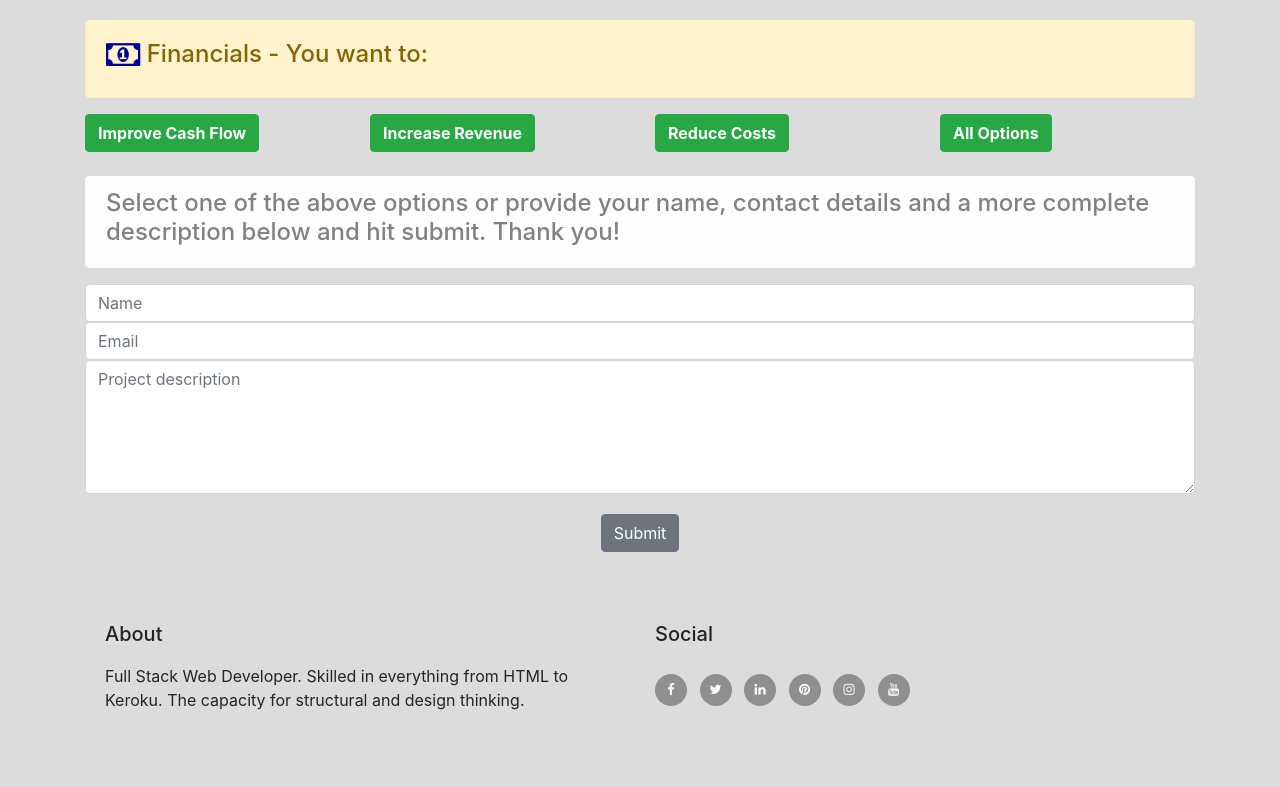
Repository: Code-Institute-Submissions/tenerim-milestone1
Page: Financials.html
The author's editor kept a record of every edit. The page is drawn from the files as they stood at one moment, then again after the next edit.
The browser window is 1280 px wide. The pictures show the whole page.

Above is the page before.

### Financials.html
<!DOCTYPE html>
<html lang="en">

<head>
    <meta charset="UTF-8">
    <meta name="viewport" content="width=device-width, initial-scale=1.0">
    <meta http-equiv="X-UA-Compatible" content="ie=edge">
    <link rel="stylesheet" href="https://stackpath.bootstrapcdn.com/bootstrap/4.3.1/css/bootstrap.min.css" type="text/css" />
    <link href="https://stackpath.bootstrapcdn.com/bootstrap/4.3.1/css/bootstrap.min.css" rel="stylesheet" integrity="sha384-ggOyR0iXCbMQv3Xipma34MD+dH/1fQ784/j6cY/iJTQUOhcWr7x9JvoRxT2MZw1T" crossorigin="anonymous">
    <link rel="stylesheet" href="https://stackpath.bootstrapcdn.com/font-awesome/4.7.0/css/font-awesome.min.css" type="text/css" />
    <link href="https://stackpath.bootstrapcdn.com/font-awesome/4.7.0/css/font-awesome.min.css" rel="stylesheet" integrity="sha384-wvfXpqpZZVQGK6TAh5PVlGOfQNHSoD2xbE+QkPxCAFlNEevoEH3Sl0sibVcOQVnN" crossorigin="anonymous">
    <link rel="stylesheet" href="assets/css/style.css" type="text/css" />
    <title>MT Milestone Project 1</title>

</head>

<!-------------------------------------------------------------Financials -->

<body>

    <section id="Financials" ;>

        <div class="container">

            <div class="row">
                <div class="col-sm-12">
                    <div class="alert alert-warning" role="alert">
                        <h4 class="alert-heading"><i class="fa fa-money fa-lg" aria-hidden="true"></i> Financials - You want to:</h4>
                    </div>
                </div>
            </div>

            <div class="row">

                <div class="col-sm-3">
                    <button type="button" class="btn btn-success"><a href="#" class="alert-link">Improve Cash Flow</a></button> <br />
                </div>
                <div class="col-sm-3">
                    <button type="button" class="btn btn-success"><a href="#" class="alert-link">Increase Revenue</a></button> <br />
                </div>
                <div class="col-sm-3">
                    <button type="button" class="btn btn-success"><a href="#" class="alert-link">Reduce Costs</a></button> <br />
                </div>
                <div class="col-sm-3">
                    <button type="button" class="btn btn-success"><a href="#" class="alert-link">All Options</a></button> <br /> <br />
                </div>
            </div>

            <div class="alert alert-light" role="alert">
                <h4 class="alert-heading">Select one of the above options or provide your name, contact details and a more complete description below and hit submit. Thank you!</h4>
            </div>

            <div class="center-form">
                <form>
                    <input type="text" name="name" id="fullname" class="form-control" placeholder="Name" required />
                    <input type="email" name="email" id="emailaddress" class="form-control" placeholder="Email" required />
                    <textarea rows="5" name="projectsummary" id="projectsummary" class="form-control" placeholder="Project description" required></textarea>
                    <div class="form-row text-center">
                        <div class="col">
                            <button type="submit" class="btn btn-secondary">Submit</button>
                        </div>
                    </div>
                </form>
            </div>

        </div>

    </section>


    <!-------------------------------------------------------------Footer -->

    <Section id="footer" ;>

        <footer class="container">
            <div id="footer-details" class="row">
                <div class="col-sm-6">
                    <h5 class="uppercase general-sub">About</h5>
                    <p class "inline-block">
                        Full Stack Web Developer. Skilled in everything from HTML to Keroku. The capacity for structural and design thinking.</p>
                </div>


                <div class="col-sm-6">
                    <h5 class="uppercase general-sub">Social</h5>
                    <ul class="list-inline social-links">
                        <li class="list-inline-item">
                            <a target="_blank" href="#">
                            <i class="fa fa-facebook" aria-hidden="true"></i>
                            <span class="sr-only">Facebook</span>
                        </a>
                        </li>
                        <li class="list-inline-item">
                            <a target="_blank" href="#">
                            <i class="fa fa-twitter" aria-hidden="true"></i>
                            <span class="sr-only">twitter</span>
                        </a>
                        </li>
                        <li class="list-inline-item">
                            <a target="_blank" href="#">
                            <i class="fa fa-linkedin" aria-hidden="true"></i>
                            <span class="sr-only">LinkedIn</span>
                        </a>
                        </li>
                        </li>
                        <li class="list-inline-item">
                            <a target="_blank" href="#">
                            <i class="fa fa-pinterest" aria-hidden="true"></i>
                            <span class="sr-only">Pinterest</span>
                        </a>
                        </li>
                        </li>
                        <li class="list-inline-item">
                            <a target="_blank" href="#">
                            <i class="fa fa-instagram" aria-hidden="true"></i>
                            <span class="sr-only">Instagram</span>
                        </a>
                        </li>
                        </li>
                        <li class="list-inline-item">
                            <a target="_blank" href="#">
                            <i class="fa fa-youtube" aria-hidden="true"></i>
                            <span class="sr-only">YouTube</span>
                        </a>
                        </li>
                    </ul>
                </div>
            </div>

        </footer>

    </Section>

</body>

</html>

### assets/css/style.css
.container-fluid {
    background-color: rgb(220, 220, 220);
}

section {
    background-color: rgb(220, 220, 220);
    padding-top: 10px;
    padding-bottom: 10px
}


.splash {
    background-color: rgb(192, 192, 192)
}


.display-4 {
    padding-top: 50px
}


.lead {
    padding-bottom: 50px
}


.headbox {
    border-radius: 25px;
    border: 2px solid #73AD21;
    padding: 10px;
    text-align: center;
    width: 200px;

}

h4 {
    color: rgb(255, 255, 255)
}



.alert-link {

color: rgb(255, 255, 255)
}

.nav-link {
color: #000099
}

.fa {
     color: #000099
    }



/*--------------------------------------How I Got Here-----*/

.timeline-item {
    padding: 0em 1em 1em 1em;
    border-left: 1px solid
}

.timeline-item:before {
    content: attr(data-dates);
    left: 2.5em;
    top: 3em;
    display: block;
    font-weight: 500;
    font-size: 1em;
    color: #000099;
}

.timeline-item:after {
    width: 12px;
    height: 12px;
    display: block;
    top: -3em;
    position: relative;
    left: -23px;
    border-radius: 12px;
    content: "";
    background: #000099
}


/*--------------------------------------How I Add Value-----*/

.values {
        font-size: 13px;
        color: #fafafa
    }






/*--------------------------------------Contact-----*/

.contact {
  position: relative;
  text-align: center;
  color: white
}


.top-left {
  position: absolute;
  top: 8px;
  left: 16px
}




/*--------------------------------------Footer-----*/

.social-links {
    padding-bottom: 15px
}

.social-links li a i {
    width: 32px;
    height: 32px;
    padding: 12px 0;
    border-radius: 50%;
    font-size: 13px;
    line-height: 7px;
    text-align: center;
    color: #fafafa;
    background: #8f8f8f;
    transition: all 0.35s ease-in-out;
    -moz-transition: all 0.35s ease-in-out;
    -webkit-transition: all 0.35s ease-in-out;
    -o-transition: all 0.35s ease-in-out
}

.social-links li a i:hover {
    background: #e84610
}

#footer-details {
    padding: 20px
}


/*--------------------------------------Padding-----*/

li     {
    padding-top: 10px;
    padding-bottom: 10px
}

.container
{
    padding-top: 10px;
    padding-bottom: 10px
}

h2 {
    padding-top: 10px;
    padding-bottom: 10px
}



h3 {
    padding-top: 10px;
    padding-bottom: 10px
}



h5 {
    padding-top: 10px;
    padding-bottom: 10px
}

.fa {
    padding-top: 10px;
    padding-bottom: 10px
 }

.btn-block  {
     margin-top: 10px
    }

.text-center {
    padding-top: 20px
}

.navbar {
    padding-top: 10px;
    padding-bottom: 10px
}

After the next edit:
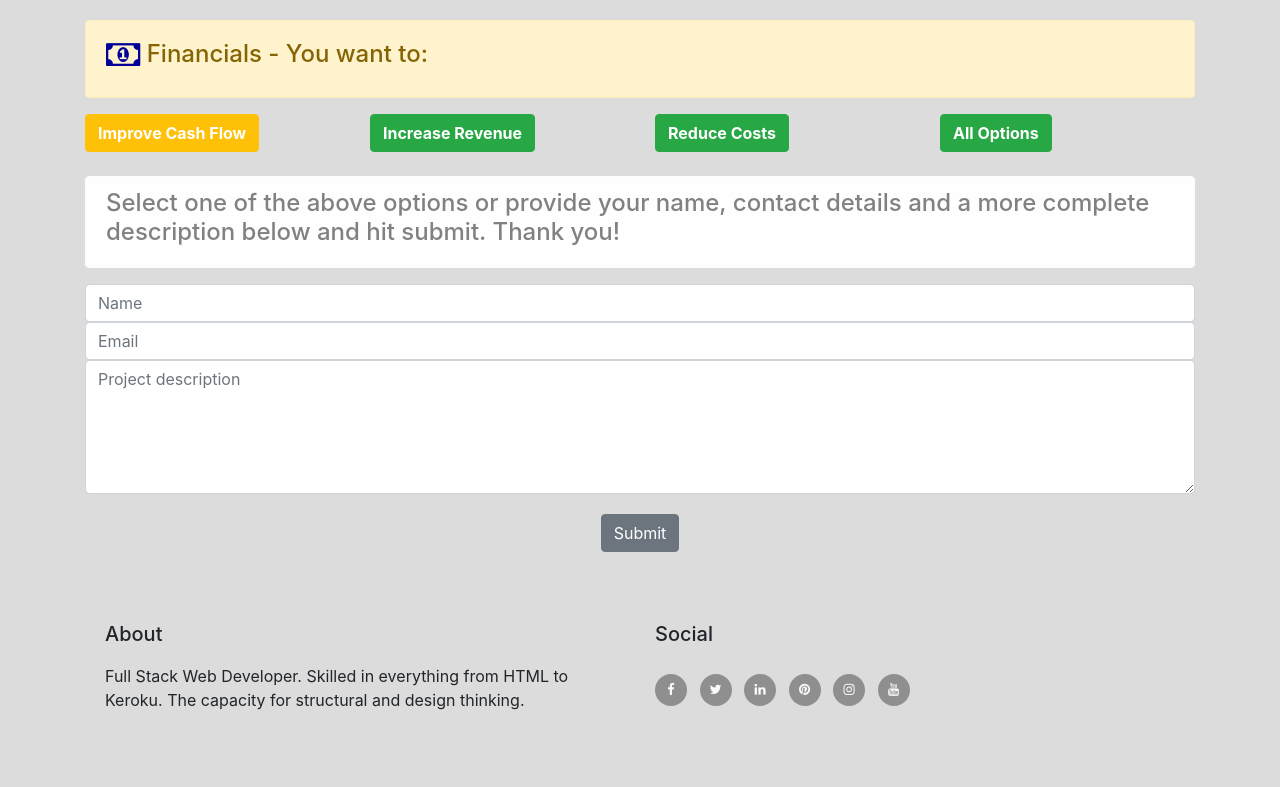
The edit:
--- a/Financials.html
+++ b/Financials.html
@@ -33,7 +33,7 @@
             <div class="row">
 
                 <div class="col-sm-3">
-                    <button type="button" class="btn btn-success"><a href="#" class="alert-link">Improve Cash Flow</a></button> <br />
+                    <button type="button" class="btn btn-warning"><a href="#" class="alert-link">Improve Cash Flow</a></button> <br />
                 </div>
                 <div class="col-sm-3">
                     <button type="button" class="btn btn-success"><a href="#" class="alert-link">Increase Revenue</a></button> <br />
